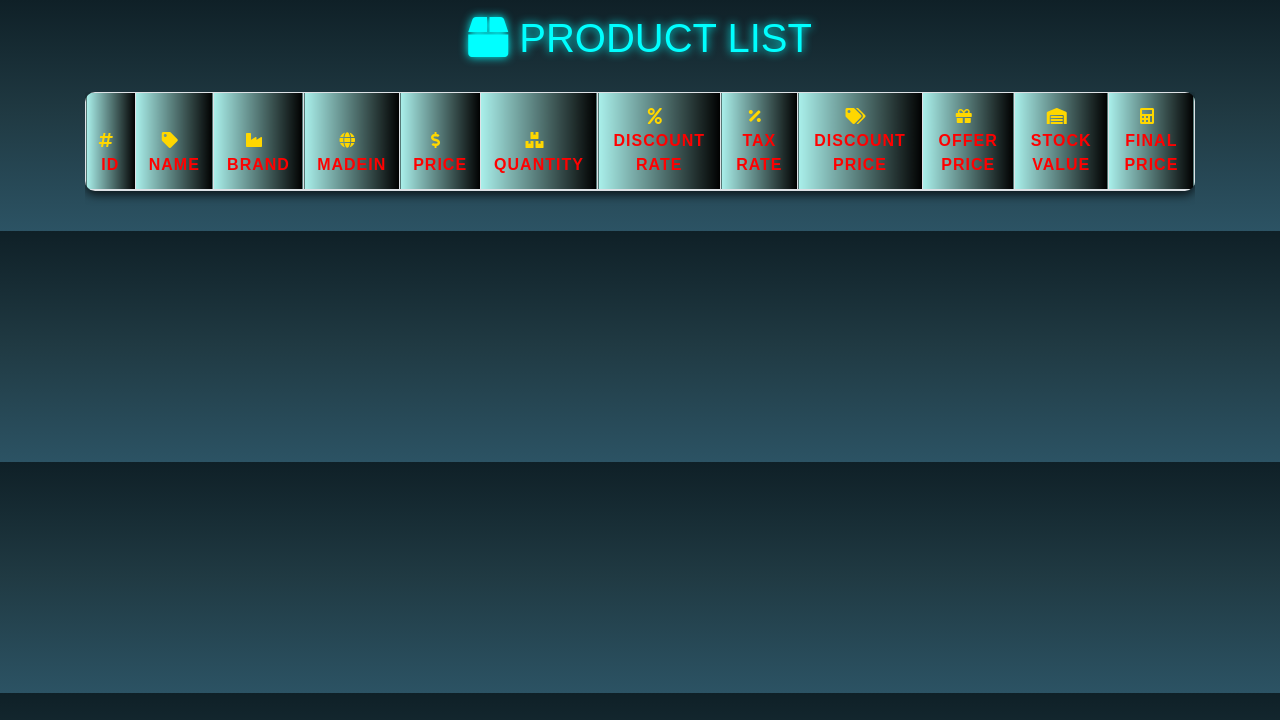
Repository: Ravi-kishor-09/Ravi-projects
Page: http://localhost/product-list
An editor plug-in stored every save of this project. The page is shown before and after the next save, followed by the edit.
The browser window is 1280 px wide. The pictures show the whole page.
The page is this project's Thymeleaf template; nobody is signed in. The template is opened directly, without the code that normally fills it, so the values that code supplies are empty.

Above is the page before, as saved 2024-12-20 19:27:20.

After the next save:
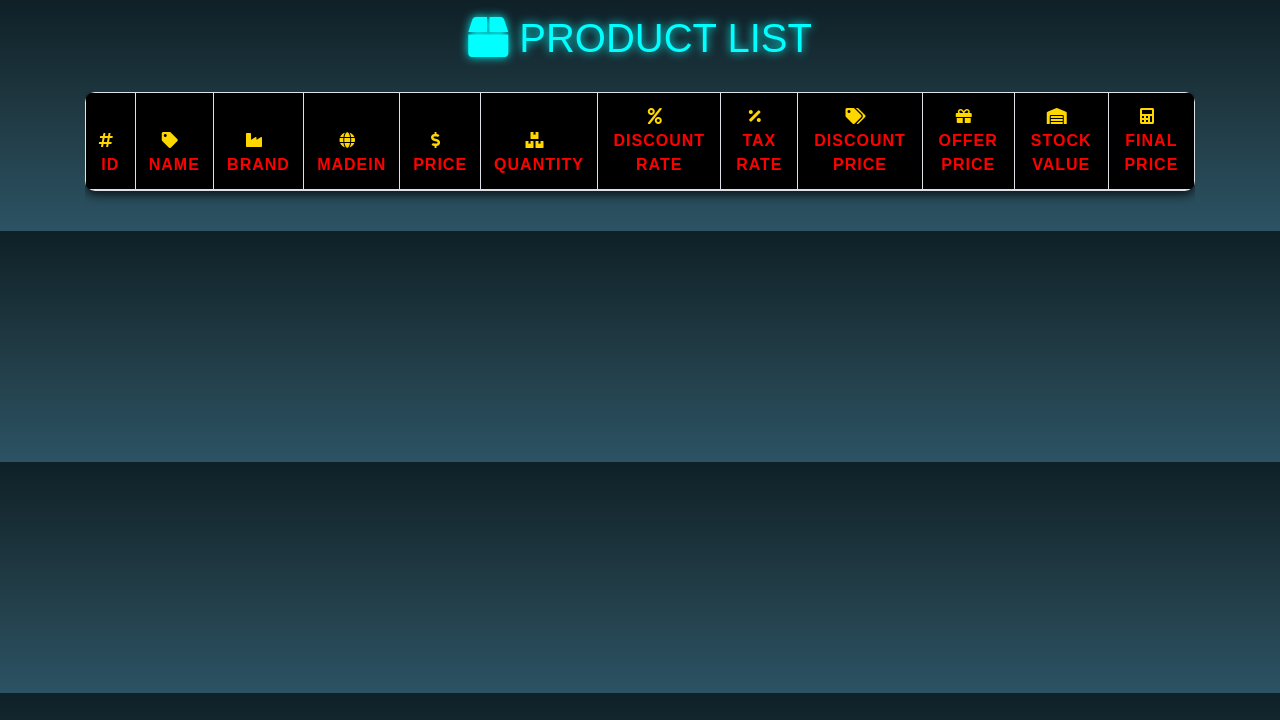
Saved 28 s later.
--- a/spring1/src/main/resources/templates/product-list.html
+++ b/spring1/src/main/resources/templates/product-list.html
@@ -34,7 +34,7 @@
             box-shadow: 0 4px 10px rgba(0, 0, 0, 0.7);
         }
         thead th {
-            background: linear-gradient(90deg, rgb(170, 240, 235), rgb(0, 0, 0));
+            background: linear-gradient(90deg, rgb(0, 0, 0), rgb(0, 0, 0));
             color: rgb(255, 0, 0);
             font-weight:bolder;
             text-transform: uppercase;
